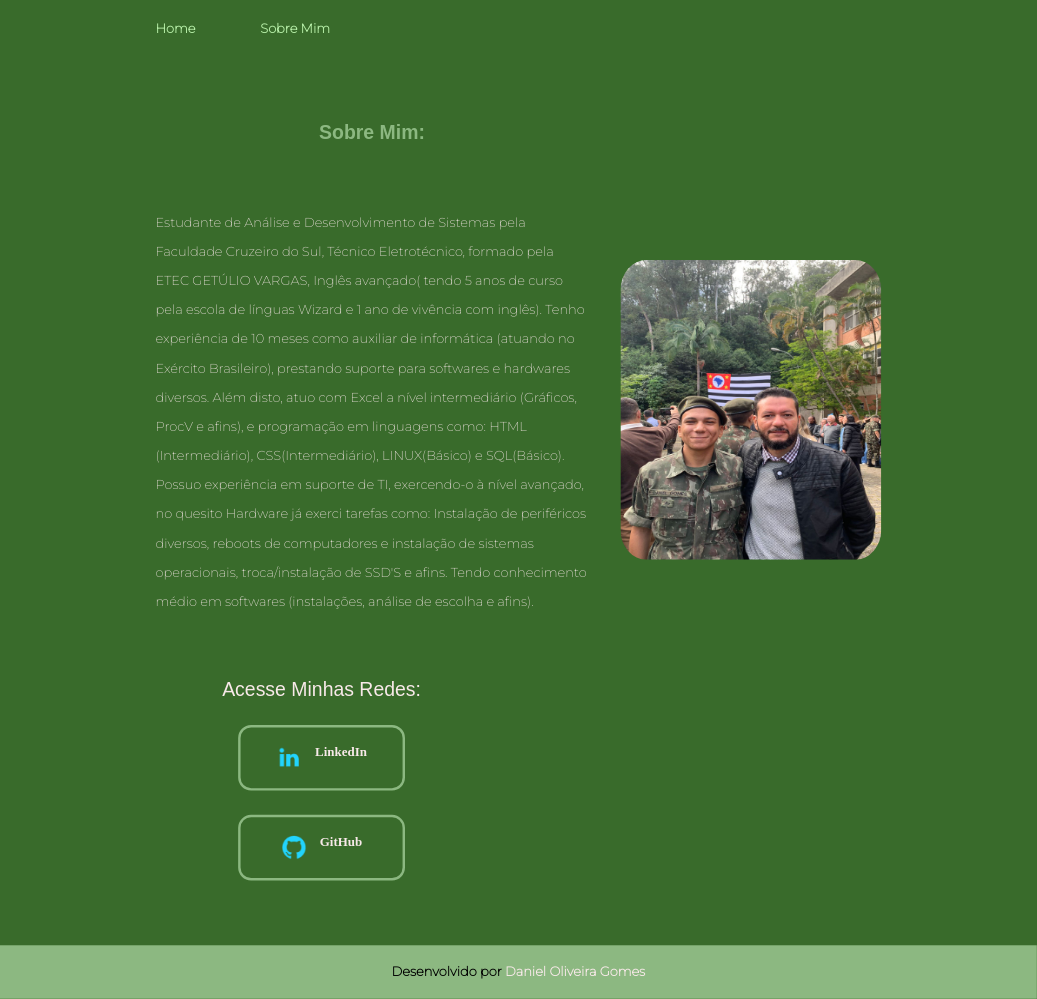
Repository: DamnDTX/Portfolio-Daniel-Oliveira-1
Page: about.html
An editor plug-in stored every save of this project. The page is shown before and after the next save, followed by the edit.
The browser window is 1280 px wide. The pictures show the whole page, at 81% of full size.
Some web fonts or font styles are not loaded; a fallback is used.

Above is the page before, as saved 2023-07-11 14:52:13.

After the next save:
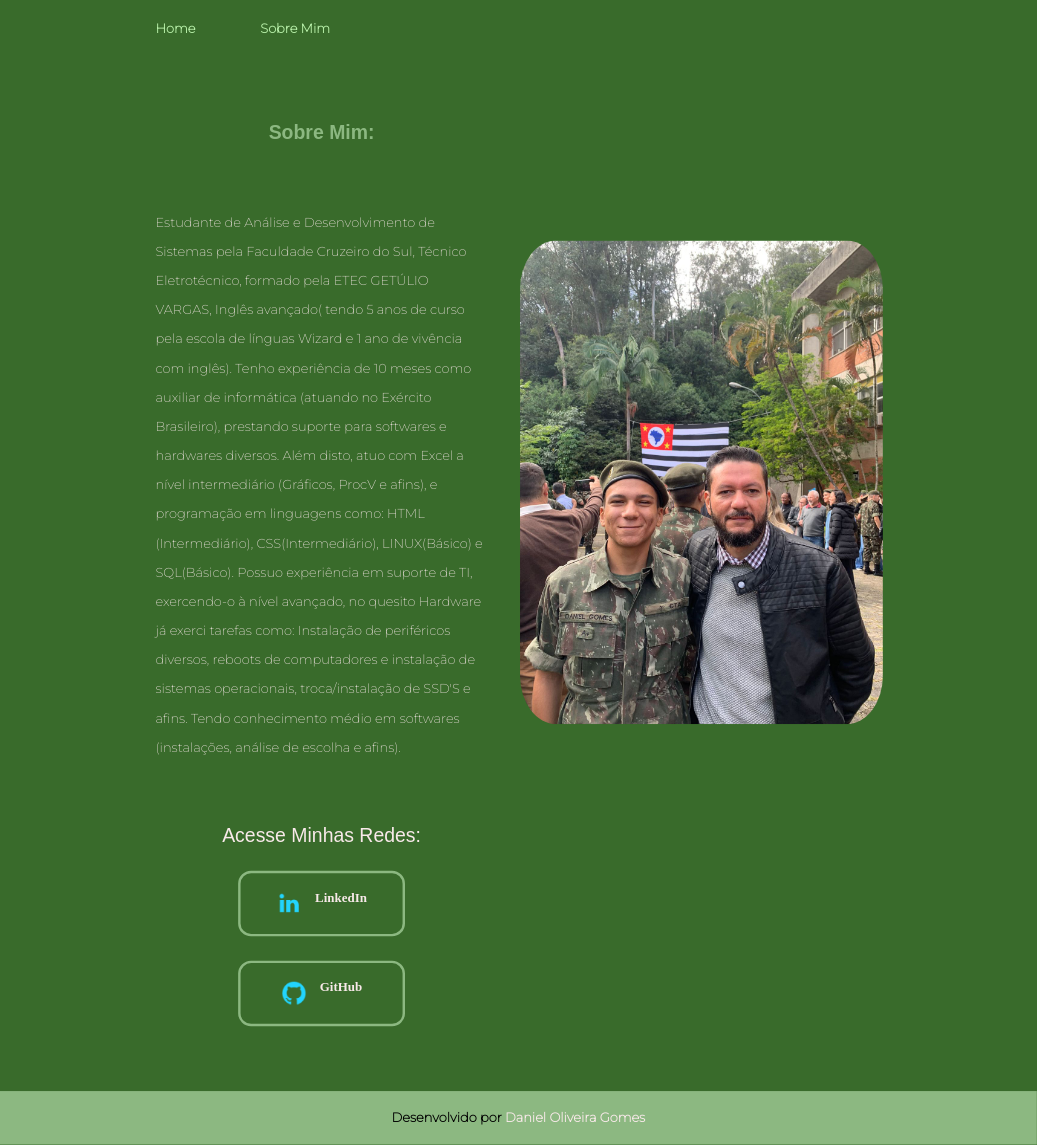
Saved 7 min 53 s later.
--- a/styles/about.css
+++ b/styles/about.css
@@ -81,8 +81,8 @@ gap: 40px;}
 }
 
 .daniel{
-    height: 370px;
-    width: 370px;
+    height: 50%;
+    width: 50%;
     border-radius: 10%;
     margin-bottom: 200px;
 }
